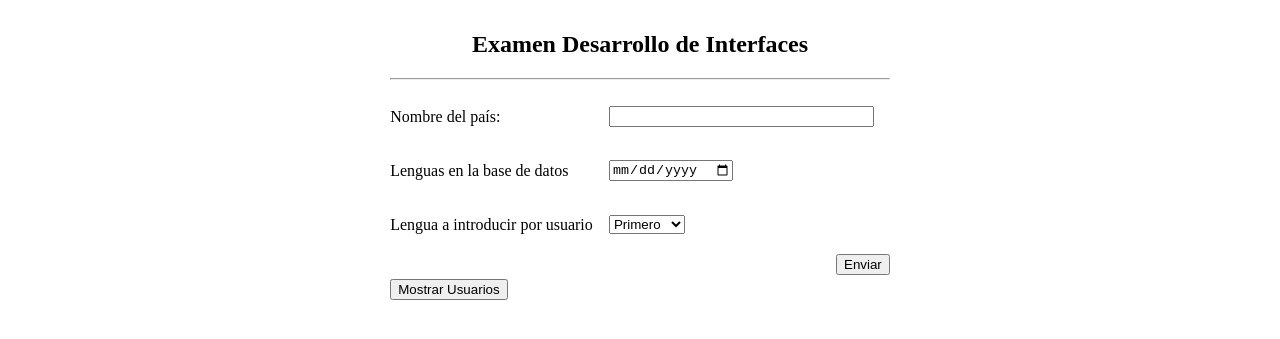
Repository: JulioBernad/ServletExamen
Page: http://localhost/DDI/Inicio.jsp
An editor plug-in stored every save of this project. The page is shown before and after the next save, followed by the edit.
The browser window is 1280 px wide. The pictures show the whole page.
The page is served by Tomcat 9. Other server files are loaded and not shown.

Above is the page before, as saved 2016-11-10 09:21:11.

### DDI/src/main/webapp/Inicio.jsp
<%@ page language="java" contentType="text/html; charset=ISO-8859-1"
    pageEncoding="ISO-8859-1"%>
<!DOCTYPE html PUBLIC "-//W3C//DTD HTML 4.01 Transitional//EN" "http://www.w3.org/TR/html4/loose.dtd">
<html>
<head>
<meta http-equiv="Content-Type" content="text/html; charset=ISO-8859-1">
<title>Inicio</title>
</head>
<body>
	<form method="post" action="hello">
	<table width="40%" align="center">
		<tr>
			<td colspan="2" align="center"><h2>Examen Desarrollo de Interfaces</h2><hr></td>
		</tr>
		<tr>
			<td><p>Nombre del país:</p></td>
			<td><input type="text" id="user" name="user" size="30"></td>
		</tr>
		<tr>
			<td><p>Lenguas en la base de datos</p></td>
			<td><input type="date" id="edad" name="edad" size="30"></td>
		</tr>
		<tr>
			<td><p>Lengua a introducir por usuario</p></td>
			<td>
				<select name="curso">
					<option value="Primero">Primero</option>
					<option value="Segundo">Segundo</option>
				</select>
			</td>
		</tr>
		<tr>
			<td colspan="2" align="right"><input type="submit" value="Enviar"></td>
		</tr>
		<tr>
			<td colspan="2" align="left"><input type="button" onclick="window.location.href='mostrar.jsp'"  value="Mostrar Usuarios"></td>
		</tr>
	</table>
</form>
</body>
</html>

After the next save:
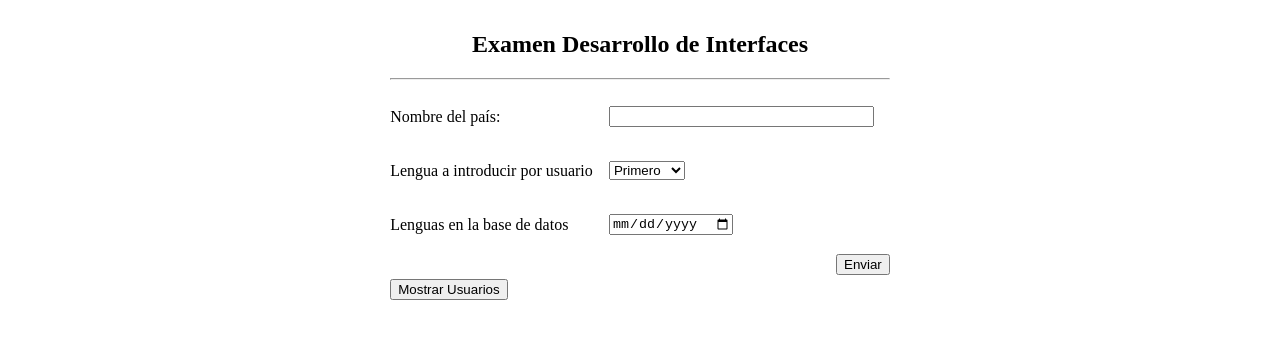
Saved 3 min 49 s later.
--- a/DDI/src/main/webapp/Inicio.jsp
+++ b/DDI/src/main/webapp/Inicio.jsp
@@ -14,11 +14,7 @@
 		</tr>
 		<tr>
 			<td><p>Nombre del país:</p></td>
-			<td><input type="text" id="user" name="user" size="30"></td>
-		</tr>
-		<tr>
-			<td><p>Lenguas en la base de datos</p></td>
-			<td><input type="date" id="edad" name="edad" size="30"></td>
+			<td><input type="text" id="pa" name="pa" size="30"></td>
 		</tr>
 		<tr>
 			<td><p>Lengua a introducir por usuario</p></td>
@@ -30,6 +26,10 @@
 			</td>
 		</tr>
 		<tr>
+			<td><p>Lenguas en la base de datos</p></td>
+			<td><input type="date" id="l1" name="l1" size="30"></td>
+		</tr>
+		<tr>
 			<td colspan="2" align="right"><input type="submit" value="Enviar"></td>
 		</tr>
 		<tr>
